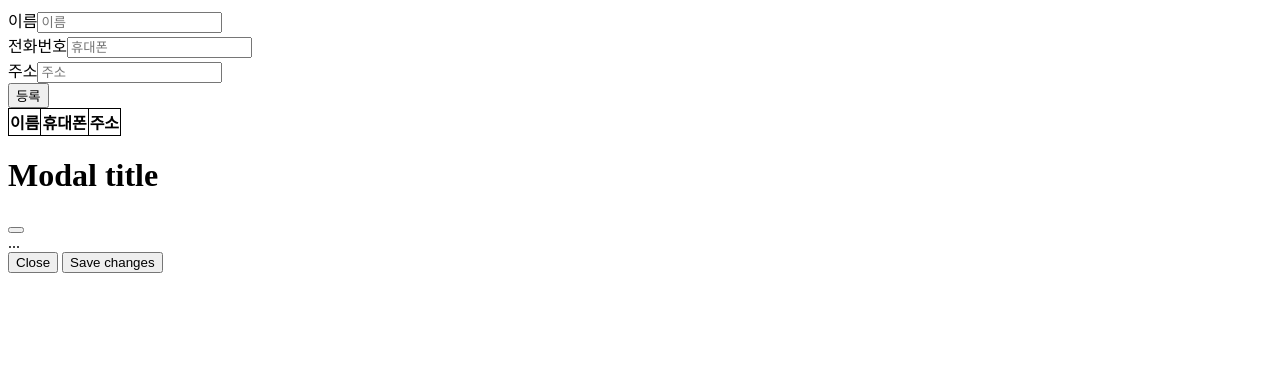
Repository: hoseolkim/highjava
Page: http://localhost/WebStudy02_MVN/adrs/view
These files come from the project's save history. The page is drawn as it stood at one moment and after the next save; the edit follows.
The browser window is 1280 px wide. The pictures show the whole page.
The page is served by Tomcat 9. Other server files are loaded and not shown.

Above is the page before, as saved 2023-09-21 09:36:58.

### WebStudy02_MVN/src/main/webapp/WEB-INF/views/adrs/adrsView.jsp
<%@ page language="java" contentType="text/html; charset=UTF-8"
    pageEncoding="UTF-8"%>
<!DOCTYPE html>
<html lang="ko">
<head>
<meta charset="UTF-8">
<title>Insert title here</title>
<jsp:include page="/includee/preScript.jsp" />
<style>
	th, td {
		border : 1px solid black;
	}
	table {
		border-collapse: collapse;
	}
</style>
</head>
<body data-context-path="<%=request.getContextPath()%>">
<form id="adrsForm" method="post" action="<%=request.getContextPath()%>/adrs/address">
	이름<input type="text" name="adrsName" placeholder="이름" required /><br>
	전화번호<input type="text" name="adrsHp" placeholder="휴대폰" required /><br>
	주소<input type="text" name="adrsAdd" placeholder="주소" /><br>
	<input type="submit" value="등록" />
</form>
<table>
	<thead>
		<tr>
			<th>이름</th>
			<th>휴대폰</th>
			<th colspan="2">주소</th>
		</tr>
	</thead>
	<tbody id="listBody">
	</tbody>
</table>
<!-- Modal -->
<div class="modal fade" id="exampleModal" tabindex="-1" aria-labelledby="exampleModalLabel" aria-hidden="true">
  <div class="modal-dialog">
    <div class="modal-content">
      <div class="modal-header">
        <h1 class="modal-title fs-5" id="exampleModalLabel">Modal title</h1>
        <button type="button" class="btn-close" data-bs-dismiss="modal" aria-label="Close"></button>
      </div>
      <div class="modal-body">
        ...
      </div>
      <div class="modal-footer">
        <button type="button" class="btn btn-secondary" data-bs-dismiss="modal">Close</button>
        <button type="button" class="btn btn-primary">Save changes</button>
      </div>
    </div>
  </div>
</div>


<script type="text/javascript" src="<%=request.getContextPath() %>/resources/js/app/adrs/address.js"></script>
</body>
</html>

### WebStudy02_MVN/src/main/webapp/includee/preScript.jsp
<%@ page language="java" contentType="text/html; charset=UTF-8"
    pageEncoding="UTF-8"%>

<script type="text/javascript" src="<%=request.getContextPath() %>/resources/js/jquery-3.7.1.min.js"></script>
<script type="text/javascript" src="<%=request.getContextPath() %>/resources/js/jquery.serializejson.js"></script>

### WebStudy02_MVN/src/main/java/kr/or/ddit/adrs/controller/AddressUIControllerServlet.java
package kr.or.ddit.adrs.controller;


import java.io.IOException;

import javax.servlet.ServletException;
import javax.servlet.annotation.WebServlet;
import javax.servlet.http.HttpServlet;
import javax.servlet.http.HttpServletRequest;
import javax.servlet.http.HttpServletResponse;

@WebServlet("/adrs/view")
public class AddressUIControllerServlet extends HttpServlet{
	@Override
	protected void doGet(HttpServletRequest req, HttpServletResponse resp) throws ServletException, IOException {

		String goPage = "/WEB-INF/views/adrs/adrsView.jsp";

		if(goPage.startsWith("redirect:")) {
			String location = req.getContextPath() + goPage.substring("redirect:".length());
			resp.sendRedirect(location);
		}else {
			req.getRequestDispatcher(goPage).forward(req, resp);
		}
	}
}

### WebStudy02_MVN/src/main/webapp/resources/js/app/adrs/address.js
/**
 *
 */

$(function(){
	const cPath = $('body').data('contextPath');
	const baseUrl = `${cPath}/adrs/address`;

//	$.ajax(settings);
	$.getJSON(baseUrl,selectFunction);
	$(adrsForm).on('submit',function(event){
		event.preventDefault();
		let url = this.action;
		let method = this.method;
		let data = $(this).serializeJSON();
		let json = JSON.stringify(data);


		let settings = {
			url : baseUrl,
			method : method,
			data : json,
			headers : {
				"Content-Type" : "application/json;charset=utf-8"
			},
			dataType : "json"
		};

		$.ajax(settings)
			.done(function(resp){
				if(resp.success){
					let trTag = makeTrTag(resp.originalData);
					$(listBody).prepend(trTag);
					adrsForm.reset();
				}else{
					alert(resp.message);
				}
			})
		return false;
	});

	$(listBody).on('click','.delBtn',function(){
		let flag = confirm("진짜 삭제 ?");
		if(!flag){
			return false;
		}
		let adrsTr = $(this).parents('tr:first');
		let $adrsTr = $(adrsTr);
		let adrsNo = $adrsTr.data('adrsNo');
		let url = `${baseUrl}/${adrsNo}`;
		let settings = {
			url : url,
			method : "delete",
			dataType : 'json'
		};

		$.ajax(settings)
			.done(function(resp){
				if(resp.success){
					$adrsTr.remove();
				}else{
					alert(resp.message);
				}
			})
			.fail()

	});

	// delete function
	/*
	$('table').on('click','.delBtn',function(){
		console.log(this);
		let $btn = $(this);
		let $trTag = $btn.parents('tr');
		let adrsNo = $trTag.data('adrsNo');

		let settings = {
			url : baseUrl + "/" + adrsNo,
			method : "delete",
			dataType : "json"
		};

		$.ajax(settings)
			.done(function(resp){
				if(resp.success){
					alert('삭제 성공!');
					$trTag.remove();
				}else{
					alert(resp.message);
				}
			});


	})
	*/





	/*
	$(adrsForm).on('submit',function(event){
		event.preventDefault();
		let formTag = event.target;
		let data = $(formTag).serializeJSON();
		let json = JSON.stringify(data)
		let method = formTag.method;
		let settings = {
			url : baseUrl,
			method : method,
			data : json,
			contentType : "application/json;charset=utf-8",
			dataType : "json", // Accept Request Header : Content-Type Response Header
			success : function(resp) {
				if(resp.success == true){
					alert('추가 성공!')
					$.getJSON(url,selectFunction);
				}
			},
			error : function(jqXhr, status, error) {
				console.log("jqXhr : ", jqXhr);
				console.log("status : ", status);
				console.log("error : ", error);
			}
		};
		$.ajax(settings);

	});
	*/
});

let makeTrTag = (adrsVO)=>{
	let trTag = `
		<tr data-adrs-no="${adrsVO.adrsNo}">
			<td>${adrsVO.adrsName}</td>
			<td>${adrsVO.adrsHp}</td>
			<td>${adrsVO.adrsAdd}</td>
			<td><input type="button" value="삭제" class="delBtn" /></td>
			<td><button type="button" data-bs-toggle="modal" data-bs-target="#exampleModal">수정</button></td>
		</tr>
	`;
	return trTag;
}

let selectFunction = function(resp){
	code = "";
	let dataList = resp.list;
	if(dataList?.length > 0){
		$.each(dataList, function(i,v){
			code += makeTrTag(this);
		})
	}else{
		code = "<tr><td colspan='3'>주소록 없음...</td></tr>"
	}//if~else end

	$(listBody).html(code);
}

### WebStudy02_MVN/src/main/java/kr/or/ddit/adrs/controller/AddressDataControllerServlet.java
package kr.or.ddit.adrs.controller;

import java.io.IOException;
import java.io.InputStream;
import java.util.HashMap;
import java.util.List;
import java.util.Map;

import javax.servlet.ServletException;
import javax.servlet.annotation.WebServlet;
import javax.servlet.http.HttpServlet;
import javax.servlet.http.HttpServletRequest;
import javax.servlet.http.HttpServletResponse;
import javax.servlet.http.HttpSession;

import org.apache.commons.lang3.StringUtils;

import com.fasterxml.jackson.databind.ObjectMapper;

import kr.or.ddit.adrs.service.AddressService;
import kr.or.ddit.adrs.service.AddressServiceImpl;
import kr.or.ddit.vo.AddressVO;

@WebServlet({"/adrs/address", "/adrs/address/*"})
public class AddressDataControllerServlet extends HttpServlet{
	private AddressService service = new AddressServiceImpl();

	@Override
	protected void doGet(HttpServletRequest req, HttpServletResponse resp) throws ServletException, IOException {

		String uri = StringUtils.substringAfter(req.getRequestURI(), req.getContextPath());
		int lastIdx = uri.lastIndexOf("/");
		int uriLen = uri.length();
		int baseLen = "/adrs/address".length();

		boolean valid = lastIdx >= baseLen && lastIdx < uriLen - 1 ;
		System.out.printf("%s : %b\n",uri,valid);

		HttpSession session = req.getSession();

		String memId = (String)session.getAttribute("authId");
		if(StringUtils.isBlank(memId)) {
			resp.sendError(HttpServletResponse.SC_UNAUTHORIZED);
			return;
		}

		String goPage = null;
		List<AddressVO> list = service.retriveAddressList(memId);
		req.setAttribute("list", list);



		goPage = "/jsonView.view";
		if(goPage.startsWith("redirect:")) {
			String location = req.getContextPath() + goPage.substring("redirect:".length());
			resp.sendRedirect(location);
		}else {
			req.getRequestDispatcher(goPage).forward(req, resp);
		}
	}

	private ObjectMapper mapper = new ObjectMapper();
	// 파라미터 검증 메소드
	private boolean validate(AddressVO vo, Map<String,String> errors) {
		boolean valid = true;
		if(StringUtils.isBlank(vo.getAdrsName())) {
			valid = false;
			errors.put("adrsName", "이름 누락");
		}
		if(StringUtils.isBlank(vo.getAdrsHp())) {
			valid = false;
			errors.put("adrsHp", "휴대폰 번호 누락");
		}
		return valid;
	}

	private boolean validateUri(String uri) {
		boolean valid = true;
		System.out.println(uri);
		if(StringUtils.isBlank(uri)||!uri.matches("\\d+")) {
			valid = false;
		}
		return valid;
	}

	@Override
	protected void doPost(HttpServletRequest req, HttpServletResponse resp) throws ServletException, IOException {
		// 이거 또 빼먹음
		req.setCharacterEncoding("utf-8");

		String memId = (String)req.getSession().getAttribute("authId");


		try(
			InputStream is =req.getInputStream();
		){
			AddressVO vo = new AddressVO();
			vo = mapper.readValue(is, AddressVO.class);
			req.setAttribute("originalData", vo);
			vo.setMemId(memId);
			// 검증도 또 빼먹음..
			Map<String,String> errors = new HashMap<String, String>();
			req.setAttribute("errors", errors);
			boolean valid = validate(vo,errors);
			boolean success = false;
			String message = null;
			if(valid) {
				if(service.createAddress(vo)) {
					success = true;
				}else {
					message = "등록 실패";
				}// valid = true 일때 service 의 결과 if 문
			}else {
				message = "필수 파라미터 누락";
			}

			req.setAttribute("success", success);
			req.setAttribute("message", message);

		}


//		req.setAttribute("result", true);

		String goPage = "/jsonView.view";
		if(goPage.startsWith("redirect:")) {
			String location = req.getContextPath() + goPage.substring("redirect:".length());
			resp.sendRedirect(location);
		}else {
			req.getRequestDispatcher(goPage).forward(req, resp);
		}

	}

	@Override
	protected void doDelete(HttpServletRequest req, HttpServletResponse resp) throws ServletException, IOException {
		String uri = StringUtils.substringAfter(req.getRequestURI(), req.getContextPath());
		int lastIdx = uri.lastIndexOf("/");
		int uriLen = uri.length();
		int baseLen = "/adrs/address".length();

		boolean valid = lastIdx >= baseLen && lastIdx < uriLen - 1 ;
		String adrsNoPart = uri.substring(lastIdx+1);
//		if(valid) {
//			adrsNoPart = uri.substring(lastIdx+1);
//			valid = StringUtils.isNumeric(adrsNoPart);
//		}
		int adrsNo = -1;
		try {
			adrsNo = Integer.parseInt(adrsNoPart);
		} catch (NumberFormatException e) {
			valid = false;
		}
		if(!valid) {
			resp.sendError(400,"주소록 번호가 없음.");
			return;
		}
		boolean success = service.removeAddress(adrsNo);
		req.setAttribute("success", success);
		if(!success) {
			req.setAttribute("message", "삭제 실패");
		}

		String goPage = "/jsonView.view";
		if(goPage.startsWith("redirect:")) {
			String location = req.getContextPath() + goPage.substring("redirect:".length());
			resp.sendRedirect(location);
		}else {
			req.getRequestDispatcher(goPage).forward(req, resp);
		}



	}
	/*
	@Override
	protected void doDelete(HttpServletRequest req, HttpServletResponse resp) throws ServletException, IOException {
		req.setCharacterEncoding("utf-8");
		String uri = req.getRequestURI();

		uri = uri.substring(req.getContextPath().length());
		String adrsNoStr = uri.substring("/adrs/address/".length());
		// uri를 검증한다
		boolean valid = validateUri(adrsNoStr);
		boolean success = false;
		String message = null;
		if(valid) {
			// uri 검증에 성공했을 경우
			int adrsNo = Integer.parseInt(adrsNoStr);
			if(service.removeAddress(adrsNo)) {
				// 삭제 성공시
				success = true;

			}else {
				// 삭제 실패시
				message = "삭제 실패";
			}

		}else {
			// uri 검증 실패시
			message = "파라미터가 잘못됨!";
		}

		req.setAttribute("success", success);
		req.setAttribute("message", message);

		String goPage = "/jsonView.view";
		if(goPage.startsWith("redirect:")) {
			String location = req.getContextPath() + goPage.substring("redirect:".length());
			resp.sendRedirect(location);
		}else {
			req.getRequestDispatcher(goPage).forward(req, resp);
		}
	}

	*/
}

### WebStudy02_MVN/src/main/java/kr/or/ddit/adrs/service/AddressServiceImpl.java
package kr.or.ddit.adrs.service;

import java.util.List;

import kr.or.ddit.adrs.dao.AddressDAO;
import kr.or.ddit.adrs.dao.AddressDAOImpl;
import kr.or.ddit.vo.AddressVO;

public class AddressServiceImpl implements AddressService {
	// 결합력 최상구조
	private AddressDAO dao = new AddressDAOImpl();

	@Override
	public boolean createAddress(AddressVO adrsVO) {
		int rowcnt = dao.insertAddress(adrsVO);
		return rowcnt >= 1;
	}

	@Override
	public List<AddressVO> retriveAddressList(String memId) {
		return dao.selectAddressList(memId);
	}

	@Override
	public boolean modifyAddress(AddressVO adrsVO) {
		// TODO Auto-generated method stub
		return false;
	}

	@Override
	public boolean removeAddress(int adrsNo) {
		return dao.deleteAddress(adrsNo) > 0;
	}

}

### WebStudy02_MVN/src/main/java/kr/or/ddit/adrs/dao/AddressDAO.java
package kr.or.ddit.adrs.dao;

import java.util.List;

import kr.or.ddit.vo.AddressVO;

/**
 * 주소록 관리(CRUD) persistence layer
 *
 */
public interface AddressDAO {
	/**
	 * 신규 주소 등록
	 * @param adrsVO
	 * @return 등록 성공시(>=1)
	 */
	public int insertAddress(AddressVO adrsVO);
	/**
	 * 특정 소유자의 주소록 조회
	 * @param memId 검색 조건에 사용될 소유자 아이디
	 * @return size에 따라 주소록 존재 여부 확인
	 */
	public List<AddressVO> selectAddressList(String memId);

	/**
	 * 기존 주소록 수정
	 * @param adrsVO 수정할 대상이 되는 정보를 가진 객체
	 * @return 수정 성공시(>=1)
	 */
	public int updateAddress(AddressVO adrsVO);
	/**
	 * 주소록 삭제
	 * @param adrsNo 삭제할 주소록 번호
	 * @return 삭제 성공시(>=1)
	 */
	public int deleteAddress(int adrsNo);
}

### WebStudy02_MVN/src/main/java/kr/or/ddit/adrs/dao/AddressDAOImpl.java
package kr.or.ddit.adrs.dao;

import java.sql.Connection;
import java.sql.PreparedStatement;
import java.sql.ResultSet;
import java.sql.SQLException;
import java.util.ArrayList;
import java.util.List;

import kr.or.ddit.common.exception.PersistenceException;
import kr.or.ddit.db.ConnectionFactory;
import kr.or.ddit.utils.SampleDataMapperUtils;
import kr.or.ddit.vo.AddressVO;

public class AddressDAOImpl implements AddressDAO {

	private int generateAdrsNo(Connection conn) throws SQLException {
		StringBuffer sql = new StringBuffer();
		sql.append("SELECT NVL(MAX(ADRS_NO),0)+1 FROM ADDRESSBOOK");

		try(
			PreparedStatement pstmt = conn.prepareStatement(sql.toString())
		){
			ResultSet rs = pstmt.executeQuery();
			rs.next();
				return rs.getInt(1);
		}


	}

	@Override
	public int insertAddress(AddressVO adrsVO) {
		StringBuffer sql = new StringBuffer();
		sql.append("insert into addressbook(");
		sql.append("ADRS_NO,     ");
		sql.append("MEM_ID,   ");
		sql.append("ADRS_NAME,   ");
		sql.append("ADRS_HP,    ");
		sql.append("ADRS_ADD)   ");
		sql.append(" values( ?, ?, ?, ?, ? )");
//		sql.append(" values( (SELECT nvl(MAX(ADRS_NO),0)+1 FROM ADDRESSBOOK) , ? , ? , ? , ? )");
		try(
			Connection conn = ConnectionFactory.getConnection();
			PreparedStatement pstmt = conn.prepareStatement(sql.toString());
		) {
			int adrsNo = generateAdrsNo(conn);
			adrsVO.setAdrsNo(adrsNo);
			int idx = 0;
			pstmt.setInt(++idx,adrsVO.getAdrsNo());
			pstmt.setString(++idx, adrsVO.getMemId());
			pstmt.setString(++idx, adrsVO.getAdrsName());
			pstmt.setString(++idx, adrsVO.getAdrsHp());
			pstmt.setString(++idx, adrsVO.getAdrsAdd());

//			pstmt.setString(1, adrsVO.getMemId());
//			pstmt.setString(2, adrsVO.getAdrsName());
//			pstmt.setString(3, adrsVO.getAdrsHp());
//			pstmt.setString(4, adrsVO.getAdrsAdd());

			return pstmt.executeUpdate();
		} catch (SQLException e) {
			throw new PersistenceException(e);
		}
	}

	@Override
	public List<AddressVO> selectAddressList(String memId) {
		StringBuffer sql = new StringBuffer();
		sql.append("select ");
		sql.append("ADRS_NO,    ");
		sql.append("MEM_ID ,    ");
		sql.append("ADRS_NAME,  ");
		sql.append("ADRS_HP ,   ");
		sql.append("ADRS_ADD   ");
		sql.append(" from addressbook ");
		sql.append(" where mem_id = ? ");
		List<AddressVO> list = new ArrayList<AddressVO>();
		try(
			Connection conn = ConnectionFactory.getConnection();
			PreparedStatement pstmt = conn.prepareStatement(sql.toString());
		) {
			pstmt.setString(1, memId);

			ResultSet rs = pstmt.executeQuery();
			while(rs.next()) {
				AddressVO vo = SampleDataMapperUtils.recordToVO(rs, AddressVO.class);
				list.add(vo);
			}
			return list;
		} catch (SQLException e) {
			throw new PersistenceException(e);
		}
	}

	@Override
	public int updateAddress(AddressVO adrsVO) {
		StringBuffer sql = new StringBuffer();
		sql.append("UPDATE ADDRESSBOOK  ");
		sql.append("SET                 ");
		sql.append("	ADRS_NAME = ? , ");
		sql.append("	ADRS_HP = ? ,   ");
		sql.append("	ADRS_ADD = ?    ");
		sql.append("WHERE ADRS_NO = ?   ");
		try(
			Connection conn = ConnectionFactory.getConnection();
			PreparedStatement pstmt = conn.prepareStatement(sql.toString());
		) {
			pstmt.setString(1, adrsVO.getAdrsName());
			pstmt.setString(2, adrsVO.getAdrsHp());
			pstmt.setString(3, adrsVO.getAdrsAdd());
			pstmt.setInt(4, adrsVO.getAdrsNo());
			return pstmt.executeUpdate();
		} catch (SQLException e) {
			throw new PersistenceException(e);
		}
	}

	@Override
	public int deleteAddress(int adrsNo) {
		StringBuffer sql = new StringBuffer();
		sql.append("DELETE FROM ADDRESSBOOK   ");
		sql.append("WHERE                     ");
		sql.append("        ADRS_NO = ?     ");
		try(
			Connection conn = ConnectionFactory.getConnection();
			PreparedStatement pstmt = conn.prepareStatement(sql.toString());
		) {
			pstmt.setInt(1, adrsNo);

			return pstmt.executeUpdate();
		} catch (SQLException e) {
			throw new PersistenceException(e);
		}
	}

}

### WebStudy02_MVN/src/main/java/kr/or/ddit/common/exception/PersistenceException.java
package kr.or.ddit.common.exception;

import java.sql.SQLException;

/**
 * Persistence Layer 에서 SqlException 전환하는 용도로 사용할 예외
 *
 */
public class PersistenceException extends RuntimeException {

	public PersistenceException(String message, SQLException cause) {
		super(message, cause);
	}

	public PersistenceException(SQLException cause) {
		super(cause);
	}
}

Loaded but not shown: WebStudy02_MVN/src/main/webapp/resources/js/jquery-3.7.1.min.js (library); WebStudy02_MVN/src/main/webapp/resources/js/jquery.serializejson.js (library)

After the next save:
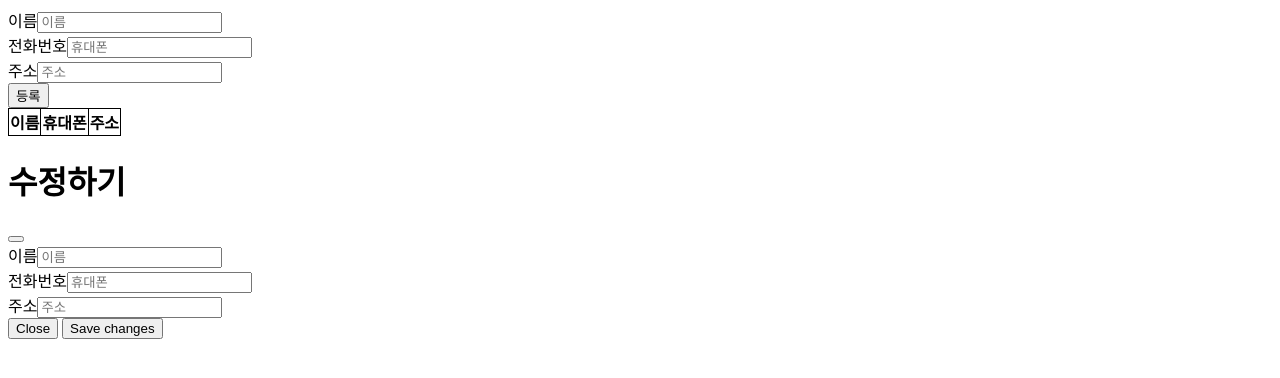
Saved 66 s later.
--- a/WebStudy02_MVN/src/main/webapp/WEB-INF/views/adrs/adrsView.jsp
+++ b/WebStudy02_MVN/src/main/webapp/WEB-INF/views/adrs/adrsView.jsp
@@ -38,11 +38,15 @@
   <div class="modal-dialog">
     <div class="modal-content">
       <div class="modal-header">
-        <h1 class="modal-title fs-5" id="exampleModalLabel">Modal title</h1>
+        <h1 class="modal-title fs-5" id="exampleModalLabel">수정하기</h1>
         <button type="button" class="btn-close" data-bs-dismiss="modal" aria-label="Close"></button>
       </div>
       <div class="modal-body">
-        ...
+        	<form id="adrsUpdate" method="post" action="<%=request.getContextPath()%>/adrs/address">
+				이름<input type="text" name="adrsName" placeholder="이름" required /><br>
+				전화번호<input type="text" name="adrsHp" placeholder="휴대폰" required /><br>
+				주소<input type="text" name="adrsAdd" placeholder="주소" /><br>
+        	</form>
       </div>
       <div class="modal-footer">
         <button type="button" class="btn btn-secondary" data-bs-dismiss="modal">Close</button>
